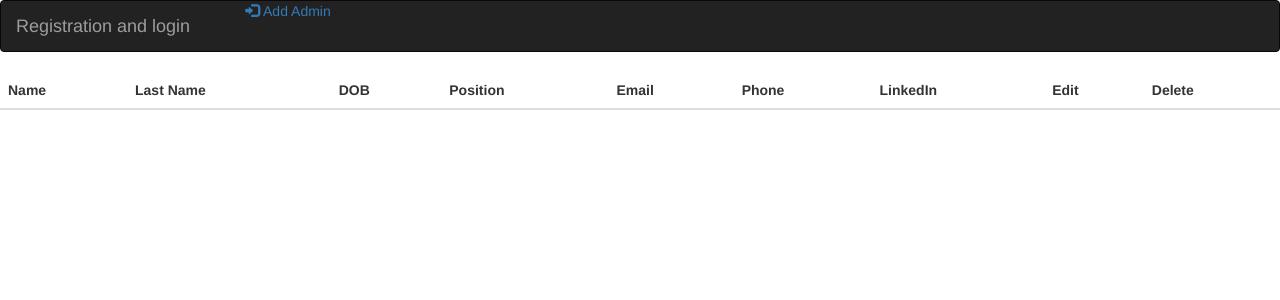
Repository: vinayvinay25794/RegistrationDemo
Page: http://localhost/allRegistrations
These files come from the project's save history. The page is drawn as it stood at one moment and after the next save; the edit follows.
The browser window is 1280 px wide. The pictures show the whole page.
The page is this project's Thymeleaf template; nobody is signed in. The template is opened directly, without the code that normally fills it, so the values that code supplies are empty.

Above is the page before, as saved 2021-03-18 06:58:54.

### Hibernate/src/main/resources/templates/allRegistrations.html
<!DOCTYPE html>
<html xmlns:th="http://www.thymeleaf.org">
<head>
<meta charset="ISO-8859-1">
<title>Registration</title>
<link rel="stylesheet" href="https://maxcdn.bootstrapcdn.com/bootstrap/3.3.7/css/bootstrap.min.css" integrity="sha384-BVYiiSIFeK1dGmJRAkycuHAHRg32OmUcww7on3RYdg4Va+PmSTsz/K68vbdEjh4u" crossorigin="anonymous">

</head>
<body>



	<nav class="navbar navbar-inverse">
	  <div class="container-fluid">
	    <div class="navbar-header">
	      <button type="button" class="navbar-toggle " data-toggle="collapse" data-target="#navbar" arira-expanded="false" aria-contriols="navbar">
	        <span class="icon-bar"></span>
	        <span class="icon-bar"></span>
	        <span class="icon-bar"></span>
	      </button>
	      <a class="navbar-brand" href="#" th:href="@{/}">Registration and login</a>
	      <div class="nav navbar-nav navbar-right">
					<span><a href="/" th:href="@{/registration}">
					<span class="glyphicon glyphicon-log-in" aria-hidden="true"></span>&nbsp;Add Admin
					</a></span>
				</div>

				<div id="navbar" class="nav navbar-nav navbar-right">
				<ul >

					<li sec:authorize="isAuthenticated()"><a th:href="@{/logout}">
					<span class="glyphicon glyphicon-log-in" aria-hidden="true"></span>&nbsp;Logout
					</a></li>
				</ul>
			</div>
	    </div>
	   </div>


	</nav>

	<table class="table table-hover">
    <thead>
        <tr>
            <th> Name </th>
           <th> Last Name </th>
            <th> DOB </th>
            <th> Position </th>
            <th> Email </th>
            <th> Phone </th>
            <th> LinkedIn </th>
            <th> Edit </th>
            <th> Delete </th>
        </tr>
    </thead>
    <tbody>
        <tr th:each="emp : ${allEmps}">
            <td><span th:text="${emp.firstName}"> firstName </span></td>
            <td><span th:text="${emp.lastName}"> lastName </span></td>
            <td><span th:text="${emp.dateOfBirth}"> dateOfBirth </span></td>
            <td><span th:text="${emp.applyingForPosition}"> applyingForPosition </span></td>
            <td><span th:text="${emp.emailId}"> emailId </span></td>
            <td><span th:text="${emp.phone}"> phone </span></td>
            <td><span th:text="${emp.LinkedIn}"> LinkedIn </span></td>
         	<td><a th:href="@{/edit/{id}(id=${emp.id})}">Edit</a></td>
            <td><a th:href="@{/delete/{id}(id=${emp.id})}">Delete</a></td>

        </tr>
    </tbody>
</table>


				<!--  <div>
					<span><a href="/" th:href="@{/registration}">Add Admin</a></span>
				</div>-->
				<!--  <div id="navbar" class="collapse navbar-collapse">
				<ul class="nav navbar-nav">
					<li sec:authorize="isAuthenticated()"><a th:href="@{/logout}">Logout</a></li>
				</ul>
			</div>-->
			<!--  <div id="navbar" class="collapse navbar-collapse">
				<ul class="nav navbar-nav">
					<li sec:authorize="isAuthenticated()"><a th:href="@{/logout}">Logout</a></li>
				</ul>
			</div>-->

</body>
</html>

After the next save:
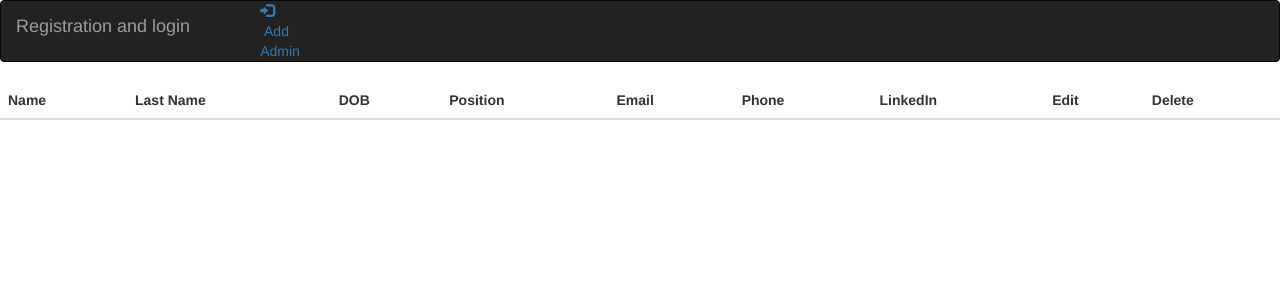
Saved 3 min 57 s later.
--- a/Hibernate/src/main/resources/templates/allRegistrations.html
+++ b/Hibernate/src/main/resources/templates/allRegistrations.html
@@ -20,9 +20,11 @@
 	      </button>
 	      <a class="navbar-brand" href="#" th:href="@{/}">Registration and login</a>
 	      <div class="nav navbar-nav navbar-right">
+	      <div class="col-md-6 col-md-offset-30">
 					<span><a href="/" th:href="@{/registration}">
 					<span class="glyphicon glyphicon-log-in" aria-hidden="true"></span>&nbsp;Add Admin
 					</a></span>
+					</div>
 				</div>
 
 				<div id="navbar" class="nav navbar-nav navbar-right">
